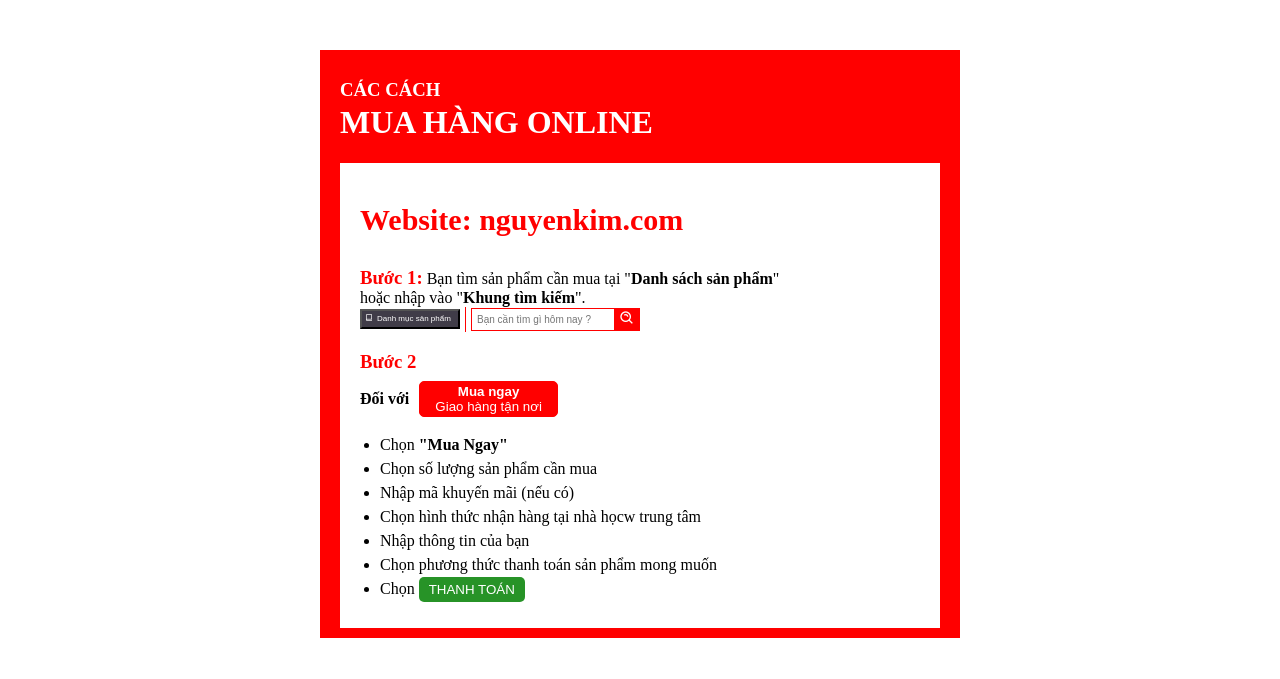
Repository: Tan-Khang21/TH_TKW--Buoi_01
Page: Buoi_01/BT_tren_lop/BT_06/main.html
An editor plug-in stored every save of this project. The page is shown before and after the next save, followed by the edit.
The browser window is 1280 px wide. The pictures show the whole page.

Above is the page before, as saved 2024-01-23 19:41:24.

### Buoi_01/BT_tren_lop/BT_06/main.html
<!DOCTYPE html>
<html lang="en">
  <head>
    <meta charset="UTF-8" />
    <meta name="viewport" content="width=device-width, initial-scale=1.0" />
    <title>Document</title>
    <link rel="stylesheet" href="style.css" />
    <link
      href="https://unpkg.com/boxicons@2.1.4/css/boxicons.min.css"
      rel="stylesheet"
    />
  </head>
  <body>
    <div class="cover">
      <h3 style="color: white">CÁC CÁCH</h3>
      <h1>MUA HÀNG ONLINE</h1>
      <div class="content">
        <h3 style="font-size: 30px">Website: nguyenkim.com</h3>

        <h3 style="display: inline">Bước 1:</h3>
        <span
          >Bạn tìm sản phẩm cần mua tại "<b>Danh sách sản phẩm</b>"<br />
          hoặc nhập vào "<b>Khung tìm kiếm</b>".</span
        >
        <br />
        <div class="Search_product">
          <button>
            <i class="bx bx-book-alt" style="margin-right: 4px"></i> Danh mục
            sản phẩm
          </button>
          <div class="line"></div>
          <form style="display: flex">
            <input
              class="search"
              type="text"
              placeholder="Bạn cần tìm gì hôm nay ?"
            />
            <div class="submit">
              <input
                class="submit_input"
                type="submit"
                name=""
                id="submit_input"
              />
              <label for="submit_input"
                ><i
                  class="bx bx-search-alt"
                  style="
                    position: absolute;
                    z-index: 2;
                    transform: translateX(4px) translateY(2px);
                    color: white;
                  "
                ></i
              ></label>
            </div>
          </form>
        </div>
        <h3>Bước 2</h3>
        <div class="step2">
          <b>Đối với</b>
          <button class="buy_now">
            <b>Mua ngay</b><br /><span>Giao hàng tận nơi</span>
          </button>
        </div>
        <ul class="step2_list">
          <li>Chọn <b>"Mua Ngay"</b></li>
          <li>Chọn số lượng sản phẩm cần mua</li>
          <li>Nhập mã khuyến mãi (nếu có)</li>
          <li>Chọn hình thức nhận hàng tại nhà họcw trung tâm</li>
          <li>Nhập thông tin của bạn</li>
          <li>Chọn phương thức thanh toán sản phẩm mong muốn</li>
          <li>Chọn <button class="button_green">THANH TOÁN</button></li>
        </ul>
      </div>
    </div>
  </body>
</html>

### Buoi_01/BT_tren_lop/BT_06/style.css
body{
    box-sizing: border-box;
}
.cover{
    width: 600px;
    margin: 50px auto;
    background-color: red;
    padding: 10px 20px;
}
h1{
    margin-top: -15px;
    color: white;
}
.content{
    background-color: white;
    padding: 10px 20px;
}
.content h3{
    color:red;
    font-weight: bold;
}
.Search_product{
    display: flex;
    align-items: center;
}
.Search_product button{
    display: flex;
    align-items:baseline;
    font-size: 8px;
    width: 100px;
    height: 20px;
    padding: 3px;
    background-color: #403c48;
    color: white;
}
.line{
    width: 1px;
    height: 25px;
    background-color: red;
    margin: 0 5px
}
.search{
    padding:5px;
    font-size: 10px;
    border: 1px solid red;
}
.submit_input{
    display: none;
}
.submit label{
    position: relative;
}
.submit label::after{
    content: "";
    width:25px;
    height: 23px;
    background-color: red;
    left: 0;
    top: 0;
    position: absolute;
}
.buy_now{
    padding:2px 15px;
    background-color: red;
    border: 1px solid red;
    border-radius: 5px;
    color: white;
    margin-left: 10px;
}
.step2{
    display: flex;
    align-items: center;
    margin-top: -10px;
}
.step2_list{
    margin-left: -20px;
    line-height: 1.5;
}
.button_green{
    color:white;
    background-color: rgb(39, 147, 39);
    border: none;
    padding: 5px 10px;
    border-radius: 5px;
}

After the next save:
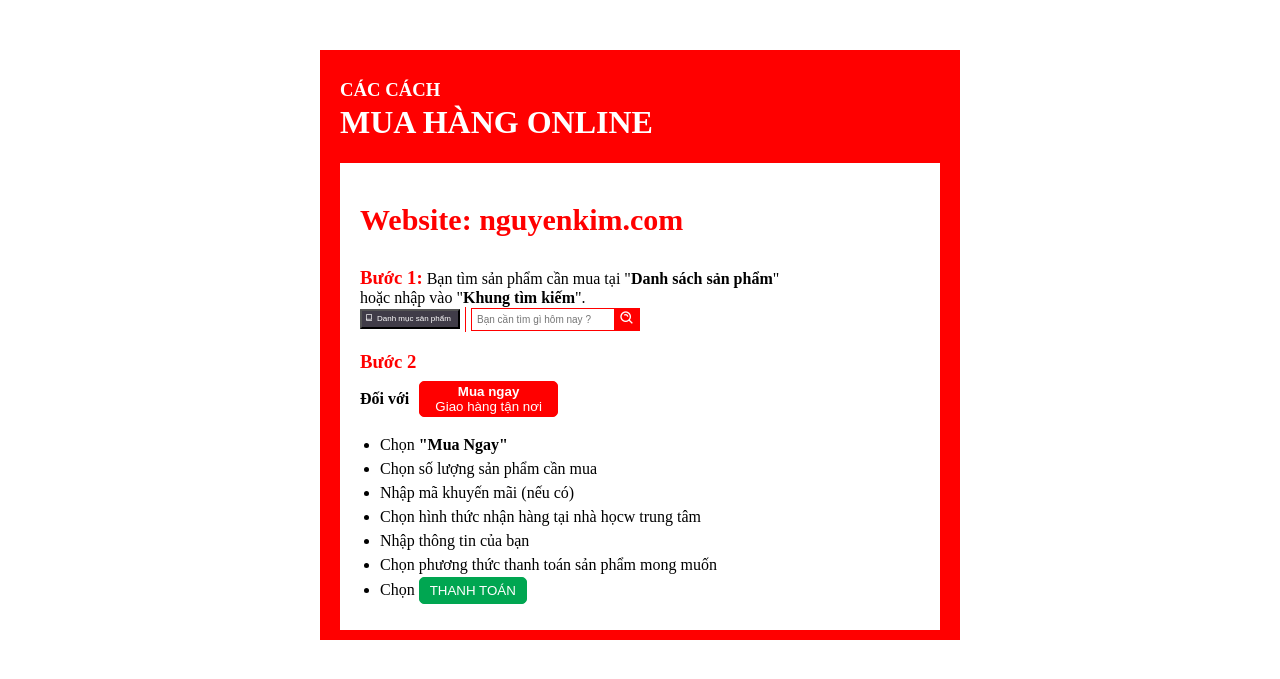
Saved 32 s later.
--- a/Buoi_01/BT_tren_lop/BT_06/style.css
+++ b/Buoi_01/BT_tren_lop/BT_06/style.css
@@ -78,8 +78,8 @@
 }
 .button_green{
     color:white;
-    background-color: rgb(39, 147, 39);
-    border: none;
+    background-color: #00a651;
+    border: 1px solid #00a651;
     padding: 5px 10px;
     border-radius: 5px;
 }
